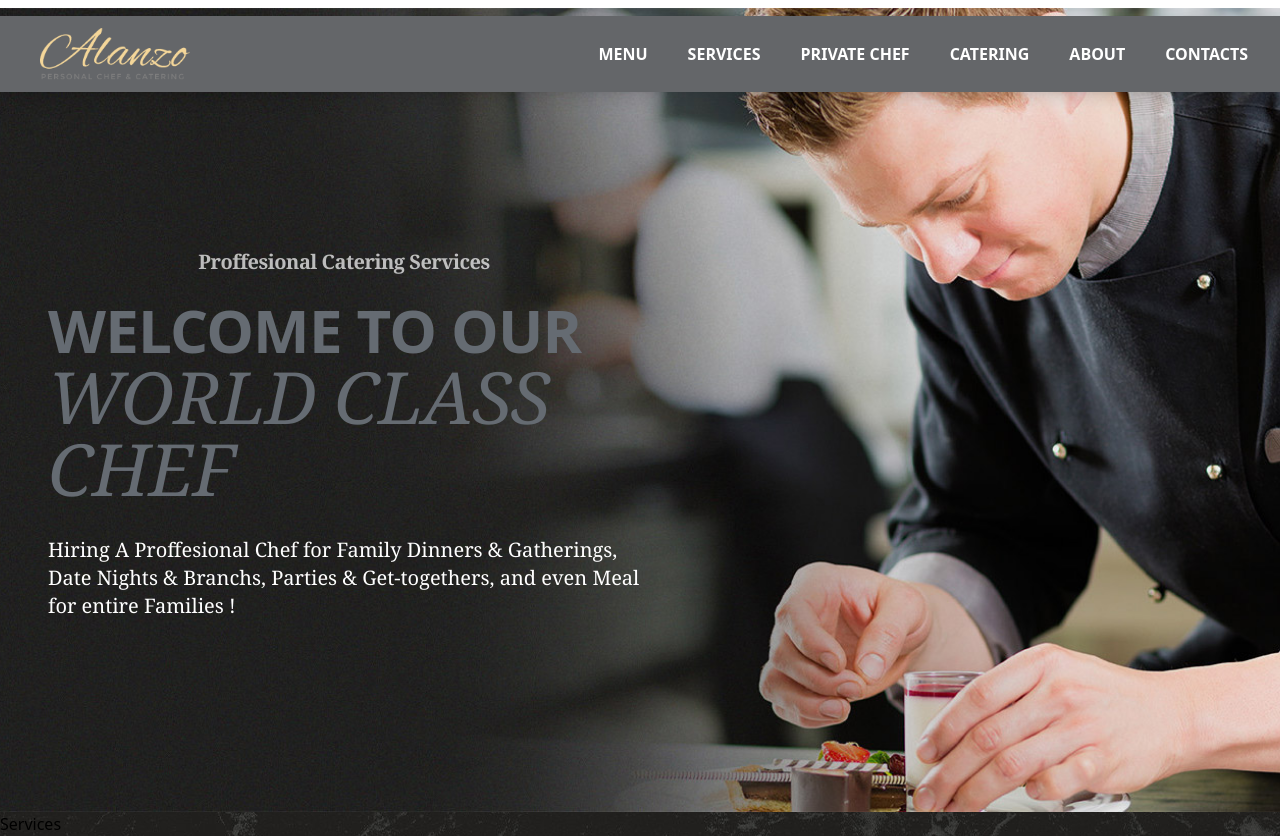
Repository: remydev47/alanzo
Page: /
The author's editor kept a copy of each file at every save. The page is drawn from the files as they stood at one save, then again after the next save.
The browser window is 1280 px wide. The pictures show the whole page.
The project was rebuilt for these pictures with package versions that can differ from the ones it lists, and the page was loaded fresh each time. The framework's server and built-in components were replaced by stand-ins that run in the browser. Also part of the build but not shown: next.config.js, components/Aboutus.tsx, components/Consulting.tsx, components/Catering.tsx, components/Menu.tsx, components/Testimonials.tsx, components/CTA.tsx, components/Footer.tsx.

Above is the page before, as saved 2022-12-17 11:25:03.

After the next save:
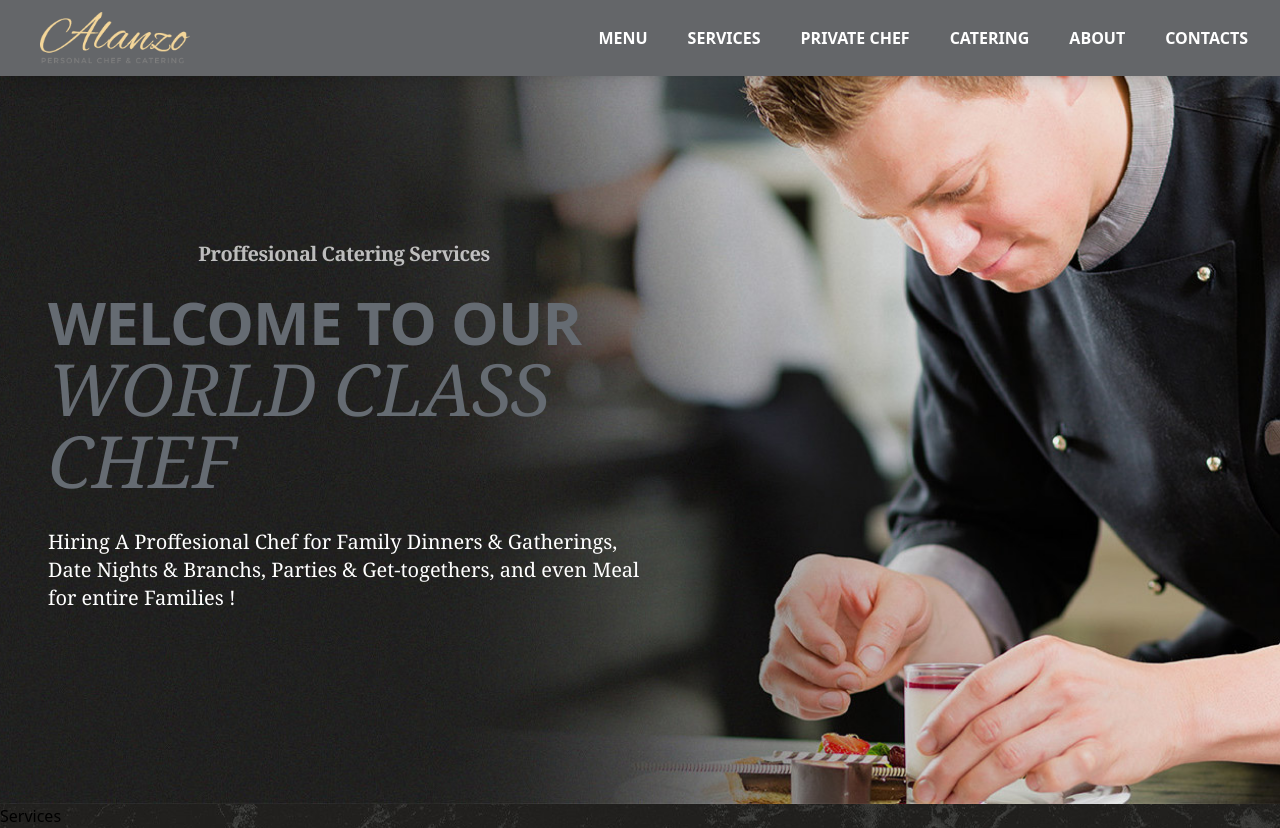
Saved 29 s later.
--- a/components/Navbar.tsx
+++ b/components/Navbar.tsx
@@ -7,7 +7,7 @@ import { Button } from './Button';
 
 const Navbar = () => {
   return (
-    <header className="fixed inset-x-0 bg-[#646669] z-20 flex justify-between items-center py-2 px-2 shadow-lg dark:bg-slate-900 sm:py-3 sm:px-8 mt-2">
+    <header className="fixed inset-x-0 bg-[#646669] z-20 flex justify-between items-center py-2 px-2 shadow-lg dark:bg-slate-900 sm:py-3 sm:px-8">
             <div className='flex grow-0 basis-1/3 md:hidden'>
                 <Menupopover />
             </div>
--- a/components/Hero.tsx
+++ b/components/Hero.tsx
@@ -2,7 +2,7 @@ import React from 'react'
 
 const Hero = () => {
   return (
-    <section className='relative pt-48 pb-12 xl:pt-60 sm:pb-16 lg:pb-32 xl:pb-48 2xl:pb-56 mt-2'>
+    <section className='relative pt-48 pb-12 xl:pt-60 sm:pb-16 lg:pb-32 xl:pb-48 2xl:pb-56'>
     <div className="absolute inset-0">
      <img className="object-cover w-full h-full" src="/images/hero.jpg" alt="" />
     </div>
